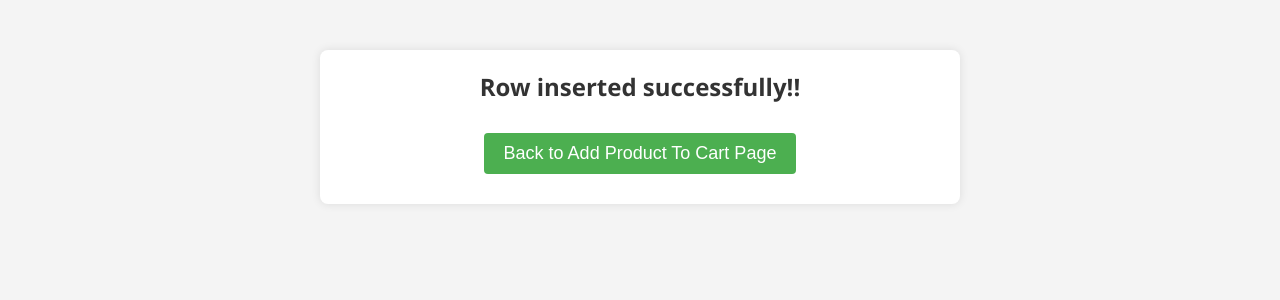
Repository: palakbari/Spring-MVC
Page: http://localhost/ShoppingSystem/add_products_to_cart_success.jsp
These files come from the project's save history. The page is drawn as it stood at one moment and after the next save; the edit follows.
The browser window is 1280 px wide. The pictures show the whole page.
The page is served by Tomcat 9. Other server files are loaded and not shown.

Above is the page before, as saved 2024-06-06 09:40:30.

### ShoppingSystem/src/main/webapp/add_products_to_cart_success.jsp
<%@ page language="java" contentType="text/html; charset=UTF-8" pageEncoding="UTF-8"%>
<!DOCTYPE html>
<html>
<head>
    <meta charset="UTF-8">
    <title>Success</title>
    <style>
        body {
            font-family: 'Segoe UI', Tahoma, Geneva, Verdana, sans-serif;
            margin: 0;
            padding: 0;
            background-color: #f4f4f4;
        }
        .container {
            max-width: 600px;
            margin: 50px auto;
            padding: 20px;
            background-color: #fff;
            border-radius: 8px;
            box-shadow: 0 0 10px rgba(0, 0, 0, 0.1);
            text-align: center;
        }
        h2 {
            margin-top: 0;
            font-size: 24px;
            color: #333;
        }
        button, a {
            display: inline-block;
            padding: 10px 20px;
            margin: 10px;
            font-size: 18px;
            text-align: center;
            background-color: #4CAF50;
            color: white;
            border: none;
            border-radius: 4px;
            cursor: pointer;
            text-decoration: none;
            transition: background-color 0.3s ease;
        }
        button:hover, a:hover {
            background-color: #45a049;
        }
    </style>
</head>
<body>
    <div class="container">
        <h2>Row inserted successfully!!</h2>
        <form>
			<button type="button" onclick="window.location.href='add_products_to_cart.jsp'" class="button">Back to Add Product To Cart Page</button>
        </form>
    </div>
</body>
</html>

After the next save:
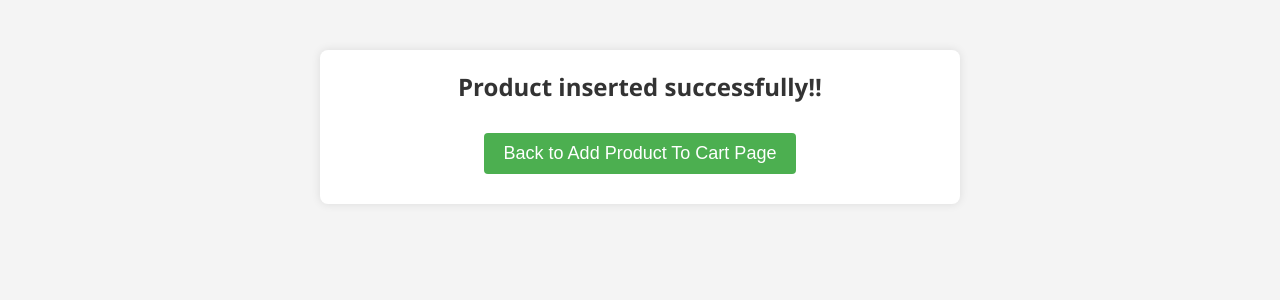
Saved 29 min 45 s later.
--- a/ShoppingSystem/src/main/webapp/add_products_to_cart_success.jsp
+++ b/ShoppingSystem/src/main/webapp/add_products_to_cart_success.jsp
@@ -46,7 +46,7 @@
 </head>
 <body>
     <div class="container">
-        <h2>Row inserted successfully!!</h2>
+        <h2>Product inserted successfully!!</h2>
         <form>
 			<button type="button" onclick="window.location.href='add_products_to_cart.jsp'" class="button">Back to Add Product To Cart Page</button>
         </form>
